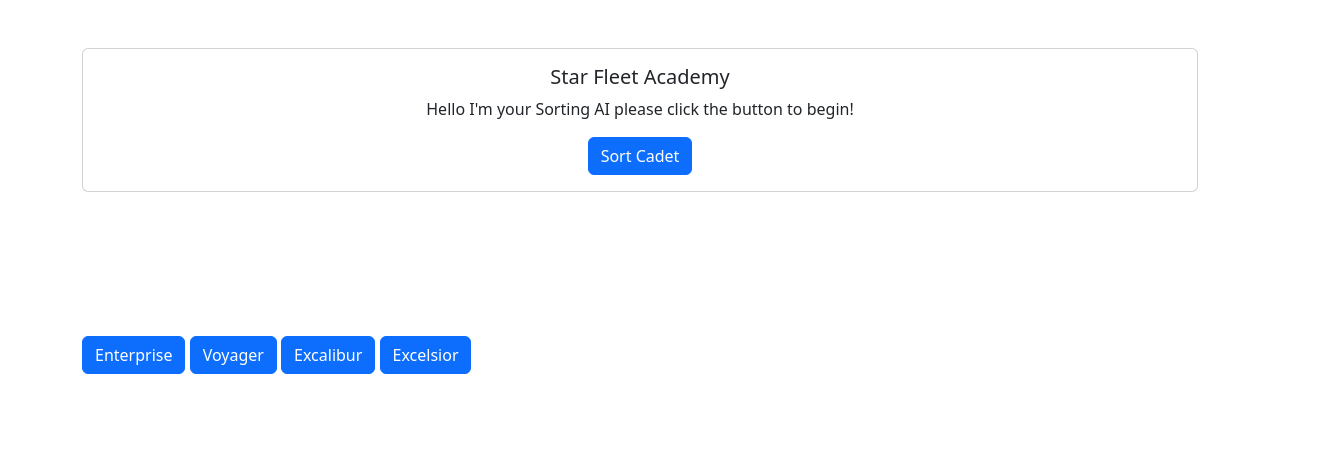
Repository: PaulPatterson48/ASSIGNMENT-StarFleet_academy
Page: index.html
These files come from the project's save history. The page is drawn as it stood at one moment and after the next save; the edit follows.
The browser window is 1280 px wide. The page is 1280 px wide, then 1321 px, so the pictures cover 1321 px, including what lies to the right of the window. The pictures show the whole page.

Above is the page before, as saved 2023-08-07 02:29:58.
Console error: TypeError: Cannot read properties of null (reading 'addEventListener')

### index.html
<!DOCTYPE html>
<html lang="en">
<head>
  <meta charset="UTF-8">
  <meta name="viewport" content="width=device-width, initial-scale=1.0">
  <title>Star Fleet Academy</title>
  <link href="https://cdn.jsdelivr.net/npm/bootstrap@5.3.0/dist/css/bootstrap.min.css" rel="stylesheet" integrity="sha384-9ndCyUaIbzAi2FUVXJi0CjmCapSmO7SnpJef0486qhLnuZ2cdeRhO02iuK6FUUVM" crossorigin="anonymous">
  <link rel="stylesheet" href="main.css">
</head>
<body>
  <div id="btnRow" class="d-flex justify-content-between mb-3 btnRow"></div>

  <div class="container mt-5">
    <div id="sortingHatCard" class="card text-center">
      <div class="card-body">
        <h5 class="card-title">Star Fleet Academy</h5>
        <p class="card-text">Hello I'm your Sorting AI please click the button to begin!</p>
        <button id="startSortingBtn" class="btn btn-primary">Sort Cadet</button>
      </div>
    </div>

    <div id="sortingForm" class="card mt-5 d-none">
      <div class="card-body">
        <h5 class="card-title">Sorting Form</h5>
        <div class="form-group">
          <label for="studentName">Cadet Name</label>
          <input type="text" class="form-control" id="studentName" placeholder="Enter cadet's name">
          <small id="nameError" class="text-danger d-none">Please enter the student's name.</small>
        </div>
        <button id="sortBtn" class="btn btn-primary">Sort</button>
      </div>
    </div>

    <div id="studentsContainer" class="row mt-5">
      <!-- Student cards will be dynamically added here -->
    </div>

    <div id="expelledContainer" class="row mt-5">
      <!-- Expelled student cards will be dynamically added here -->
    </div>

    <div class="mt-5">
      <button id="filterEnterprise" class="btn btn-primary mr-2">Enterprise</button>
      <button id="filterVoyager" class="btn btn-primary mr-2">Voyager</button>
      <button id="filterExcalibur" class="btn btn-primary mr-2">Excalibur</button>
      <button id="filterExcelsior" class="btn btn-primary">Excelsior</button>
    </div>
  </div>
    </div>
      <div id="sortedStudents" class="mt-4"></div>
    <script src="https://cdn.jsdelivr.net/npm/bootstrap@5.1.3/dist/js/bootstrap.bundle.min.js" integrity="sha384-ka7Sk0Gln4gmtz2MlQnikT1wXgYsOg+OMhuP+IlRH9sENBO0LRn5q+8nbTov4+1p" crossorigin="anonymous"></script>
    <script src="main.js"></script>
  </div>

</body>
</html>

### main.css
div card{
  justify-content: center;
}

### main.js
const starship = [
  {
    id:1,
    title: "Enterprise",
    imageUrl: "/images/EnterpriseA.png",
    shipClass: "Constitution-class",
    message:"Congrats, you're on the Enterprise!",
    cadet: "",
    onboard: true
  },
  {
    id: 2,
    title:"Voyager",
    imageUrl: "/images/Voyager.png",
    shipClass: "Intrepid-class",
    message:"Congrats, you're on the Voyager" ,
    cadet: "",
    onboard: true
  },
  {
    id: 3,
    title: "Excalibur",
    imageUrl: "/images/USSExcalibur.png",
    shipClass: "Ambassador-class",
    message:"Congrats, you're Excalibur"  ,
    cadet: "",
    onboard: true
  },
  {
    id: 4,
    title: "Excelsior",
    imageUrl: "/images/USSExcelsior.png",
    shipClass: "Excelsior-class",
    message:"Congrats, you're on Excelsior!" ,
    cadet: "",
    onboard: true
  },

];
const expelShip = [
  {
    id:5,
    title: "Birdofprey",
    imageUrl: "/Users/paulpatterson/workspace/foundations/inclass/ASSIGNMENT-StarFleet-Academy/images//image/KlingonBirdOfPrey.png",
    shipClass: "B'rel-class",
    message:"Today is a good day to die",
    cadet: "",
    onboard: false
  }
]
// Data structure to hold students and their houses
const students = [];
const expelledCadet = [];


// Function to render students and expelled students
function renderToDom(containerId, data) {
  const container = document.getElementById(containerId);
  data.innerHTML = '';
  data.forEach((item) => {
    const card = `
      <div class="col-md-3 mb-4">
        <div class="card">
          <div class="card-body">
            <img src="${item.image}" class="car-img-top"></img>
            <h5 class="card-title">Cadet: ${item.name}</h5>
            <p class="card-text">Ship: ${item.ship}</p>
            <p class="card-text">Message: ${item.message}</p>
            ${item.isExpelled ? '<button class="btn btn-danger btn-sm btn-expel">Expel</button>' : '<button class="btn btn-danger btn-sm btn-expel">Expel</button>'}
          </div>
        </div>
      </div>
    `;
    container.innerHTML += card;
  });
}

function startSorting() {
  document.getElementById('sortingHatCard').classList.add('d-none');
  document.getElementById('sortingForm').classList.remove('d-none');
}

function shuffleShips() {
  return selection = starship[Math.floor(Math.random() * starship.length)]

// Function to filter the array

}
// Function to sort a student
function sortStudent(e) {
  e.preventDefault();
  const studentName = document.getElementById('studentName').value;
  const ships = shuffleShips();
  const randomShip= selection[1];

  if (studentName === '') {
    nameError.classList.remove('d-none');
    return;
  }

  // Add the student to the array of sorted students
  students.push({ name: studentName, ship: ships.title, message: ships.message, image: ships.imageUrl, isExpelled: false });
  document.getElementById('sortingForm').classList.add('d-none');
  renderToDom('studentsContainer', students);

}
//Get the value of the expelled student
const btn = document.getElementById('submit');
btn.addEventListener('click', func)

function func(){
  console.log(document.getElementById("number").value)
}
//Function to expel a student
function expelStudent(){
  const studentCard = document.querySelector('.student-card')
  const expelledCard= document.querySelector('.expelled-card')

  if (expelledCard){
    const expelledStudentCard = studentCard.cloneNode(true)
    studentCard.parentNode.removeChild(studentCard)

    expelledCard.appendChildId(expelledCard)
  }else{
    return("No expelled Cadets");
  }
}



// Filter students by house
function filterShip(ship) {
  const filteredStudents = students.filter((student) => student.ship === ship);
  renderToDom('studentsContainer', filteredStudents);
}

// Event listeners
document.getElementById('startSortingBtn').addEventListener('click', startSorting);
document.getElementById('sortBtn').addEventListener('click', sortStudent);
document.getElementById('studentsContainer').addEventListener('click', function (e) {
  if (e.target.classList.contains('btn-expel')) {
    const studentIndex = e.target.closest('.col-md-3').dataset.index;
    expelStudent(studentIndex);
  }
});
document.getElementById('filterEnterprise').addEventListener('click', () => filterShip('Enterprise'));
document.getElementById('filterVoyager').addEventListener('click', () => filterShip('Voyager'));
document.getElementById('filterExcalibur').addEventListener('click', () => filterShip('Excalibur'));
document.getElementById('filterExcelsior').addEventListener('click', () => filterStudentsByHouse('Excelsior'));

const startApp = () => {
document.querySelector
};
startApp();

After the next save:
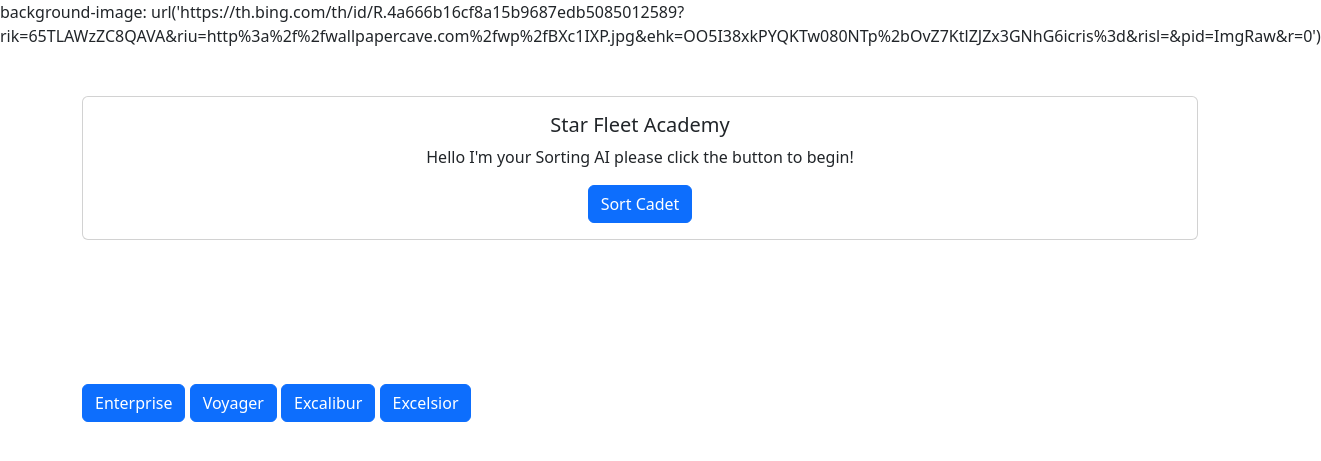
Saved 7 min 32 s later.
--- a/index.html
+++ b/index.html
@@ -8,6 +8,7 @@
   <link rel="stylesheet" href="main.css">
 </head>
 <body>
+  background-image: url('https://th.bing.com/th/id/R.4a666b16cf8a15b9687edb5085012589?rik=65TLAWzZC8QAVA&riu=http%3a%2f%2fwallpapercave.com%2fwp%2fBXc1IXP.jpg&ehk=OO5I38xkPYQKTw080NTp%2bOvZ7KtlZJZx3GNhG6icris%3d&risl=&pid=ImgRaw&r=0')
   <div id="btnRow" class="d-flex justify-content-between mb-3 btnRow"></div>
 
   <div class="container mt-5">
